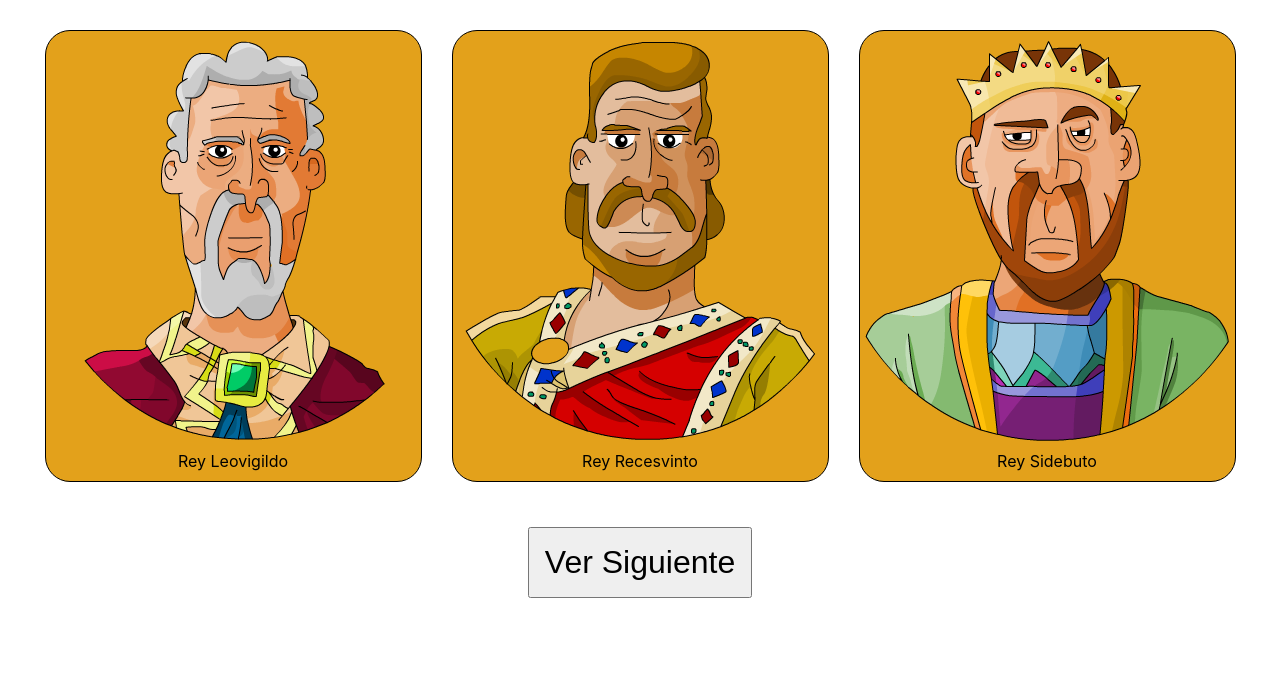
Repository: abgdev1997/ejercicios-react
Page: /
An editor plug-in stored every save of this project. The page is shown before and after the next save, followed by the edit.
The browser window is 1280 px wide. The pictures show the whole page.
The project was rebuilt for these pictures with package versions that can differ from the ones it lists, and the page was loaded fresh each time.

Above is the page before, as saved 2022-02-22 13:36:58.

After the next save:
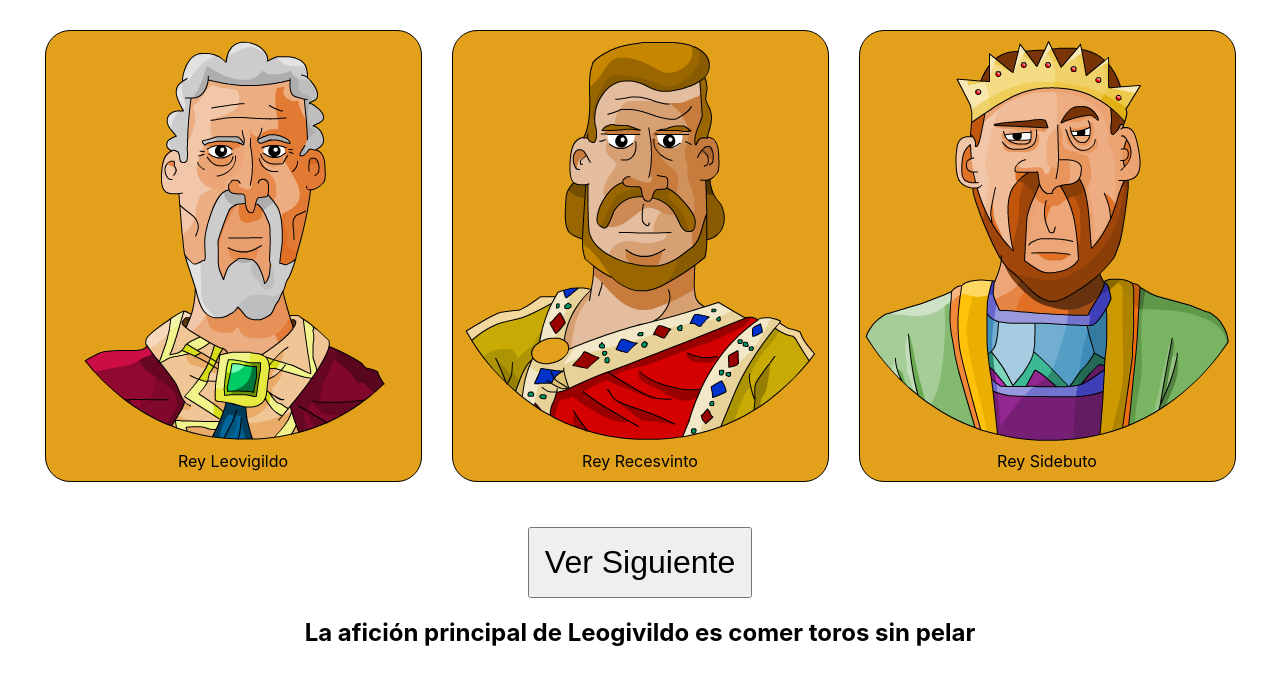
Saved 89 s later.
--- a/src/App.js
+++ b/src/App.js
@@ -21,7 +21,13 @@ function App() {
     },
   ];
 
-  const [mensaje, setMensaje] = useState("");
+  const [mensaje, setMensaje] = useState(
+    <h2>
+      La afición principal de{" "}
+      <span className="textoRojo">{reyesGodos[0].nombre}</span> es{" "}
+      <span className="textoVerde">{reyesGodos[0].aficion}</span>
+    </h2>
+  );
 
   const [contador, setContador] = useState(1);
 
@@ -45,7 +51,13 @@ function App() {
   };
 
   const cambiarMensaje = () => {
-    setMensaje(<h2>La afición principal de <span className="textoRojo">{reyesGodos[contador].nombre}</span> es <span className="textoVerde">{reyesGodos[contador].aficion}</span></h2>);
+    setMensaje(
+      <h2>
+        La afición principal de{" "}
+        <span className="textoRojo">{reyesGodos[contador].nombre}</span> es{" "}
+        <span className="textoVerde">{reyesGodos[contador].aficion}</span>
+      </h2>
+    );
     if (contador === 2) {
       setContador(0);
     } else {
@@ -76,7 +88,9 @@ function App() {
         </div>
       </div>
       <div className="mensaje-container">
-        <button className="mensaje" onClick={cambiarMensaje}>Ver Siguiente</button>
+        <button className="mensaje" onClick={cambiarMensaje}>
+          Ver Siguiente
+        </button>
         <div>{mensaje}</div>
       </div>
     </div>
